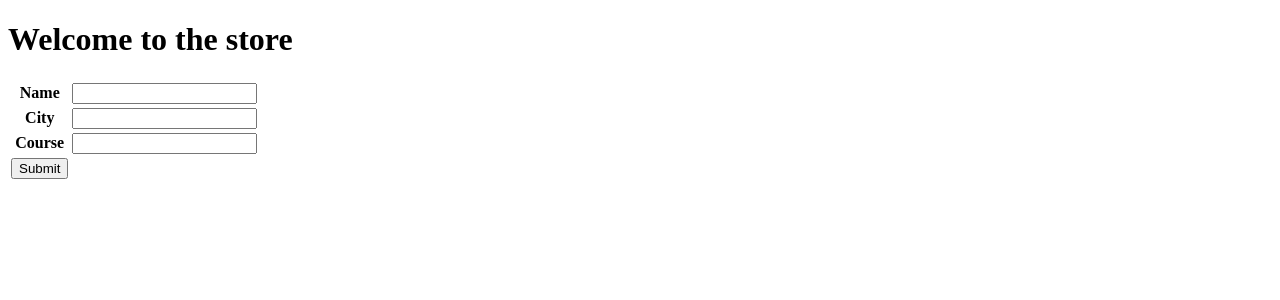
Repository: Indra0011/git_java_practice
Page: eclipse-workspace/servletMVCProject1/src/main/webapp/register.html
An editor plug-in stored every save of this project. The page is shown before and after the next save, followed by the edit.
The browser window is 1280 px wide. The pictures show the whole page.

Above is the page before, as saved 2023-10-05 10:48:18.

### eclipse-workspace/servletMVCProject1/src/main/webapp/register.html
<!DOCTYPE html>
<html>
<head>
<meta charset="ISO-8859-1">
<title>Registration</title>
</head>
<body>
<h1>Welcome to the store</h1>
	<form action = './register'>
		<table>
			<tr>
				<th>Name </th>
				<td><input type="text" name="Name" /></td>
			</tr>
			<tr>
				<th>City</th>
				<td><input type="text" name="City" /></td>

			</tr>
			<tr>
				<th>Course</th>
				<td><input type="text" name="Course" /></td>

			</tr>
			<tr>
				<td><input type="submit" name="Register" /></td>
			</tr>
		</table>
	</form>
</body>
</html>

After the next save:
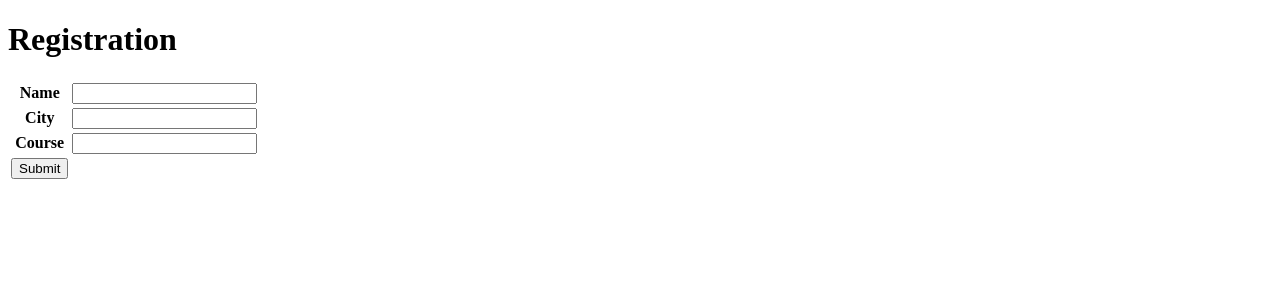
Saved 15 s later.
--- a/eclipse-workspace/servletMVCProject1/src/main/webapp/register.html
+++ b/eclipse-workspace/servletMVCProject1/src/main/webapp/register.html
@@ -5,7 +5,7 @@
 <title>Registration</title>
 </head>
 <body>
-<h1>Welcome to the store</h1>
+<h1>Registration</h1>
 	<form action = './register'>
 		<table>
 			<tr>
